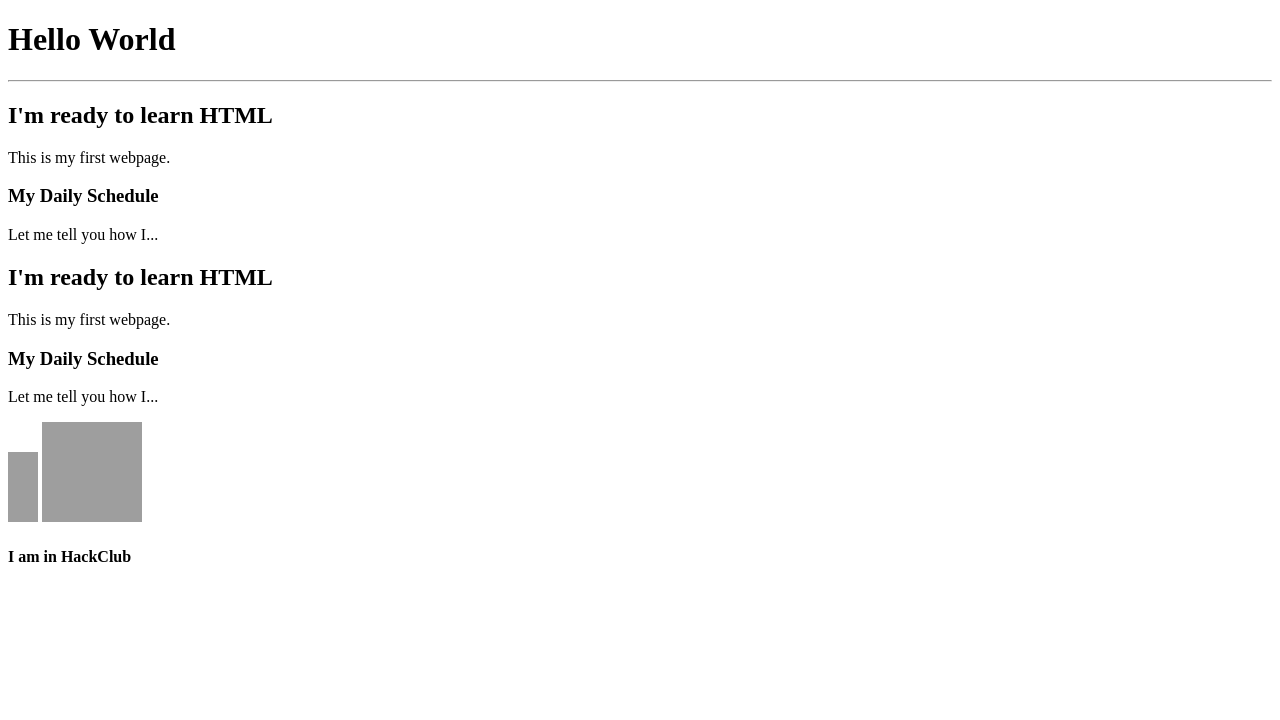
Repository: AmiaFischer/Boba
Page: index.html
The author's editor kept a copy of each file at every save. The page is drawn from the files as they stood at one save, then again after the next save.
The browser window is 1280 px wide. The pictures show the whole page.
Pictures or frames that could not be fetched are drawn as grey boxes.

Above is the page before, as saved 2024-11-11 20:28:56.

### index.html
<!DOCTYPE html>
<html lang="en">
    <head>
        <meta name="author" content="Amia Fischer">
        <meta name="description" content="This page contains all the things I am learning how to create as I learn HTML">
        <title>My First Webpage</title>
        <link rel="icon" href="hh.png" type="image/x-icon">
        <link rel="sytlesheet" href="main.css">
    </head>
    <body>
        <h1>Hello World</h1>

        <hr>

        <h2 class="text">I'm ready to learn HTML</h2>
        <p>This is my first webpage.</p>

        <h3>My Daily Schedule</h3>
        <p>Let me tell you how I...</p>


        <h2>I'm ready to learn HTML</h2>
        <p>This is my first webpage.</p>

        <h3>My Daily Schedule</h3>
        <p>Let me tell you how I...</p>

        <img src="https://www.doi.gov/sites/default/files/content_images//uploads/hawksbill_sea_turtle_-_usfws_southeast_-_photo_by_caroline_s._rogers.jpg"
        style="width:30px; height:70px"></img>

        <img src="https://images.pexels.com/photos/45201/kitty-cat-kitten-pet-45201.jpeg?auto=compress&cs=tinysrgb&dpr=1&w=500"
        style="width:100px; height: 100px"></img>

        <h4>I am in HackClub</h4>
    </body>

</html>

After the next save:
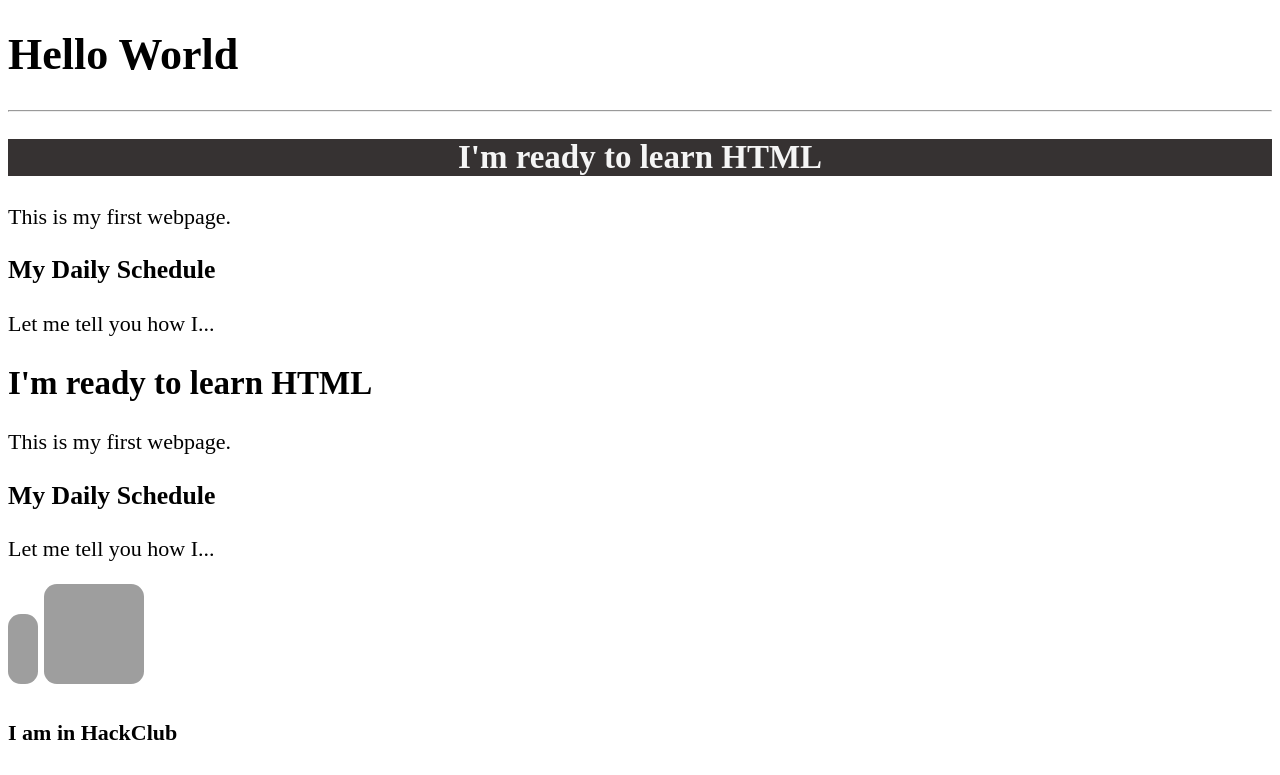
Saved 2 min 0 s later.
--- a/index.html
+++ b/index.html
@@ -7,6 +7,20 @@
         <link rel="icon" href="hh.png" type="image/x-icon">
         <link rel="sytlesheet" href="main.css">
     </head>
+    <style>
+        html {
+            font-size: 22px;
+        }
+
+        .text {
+            background-color: #363232;
+            color: whitesmoke;
+            text-align: center;
+        }
+        img{
+            border-radius: 1vw;
+        }
+    </style>
     <body>
         <h1>Hello World</h1>
 
